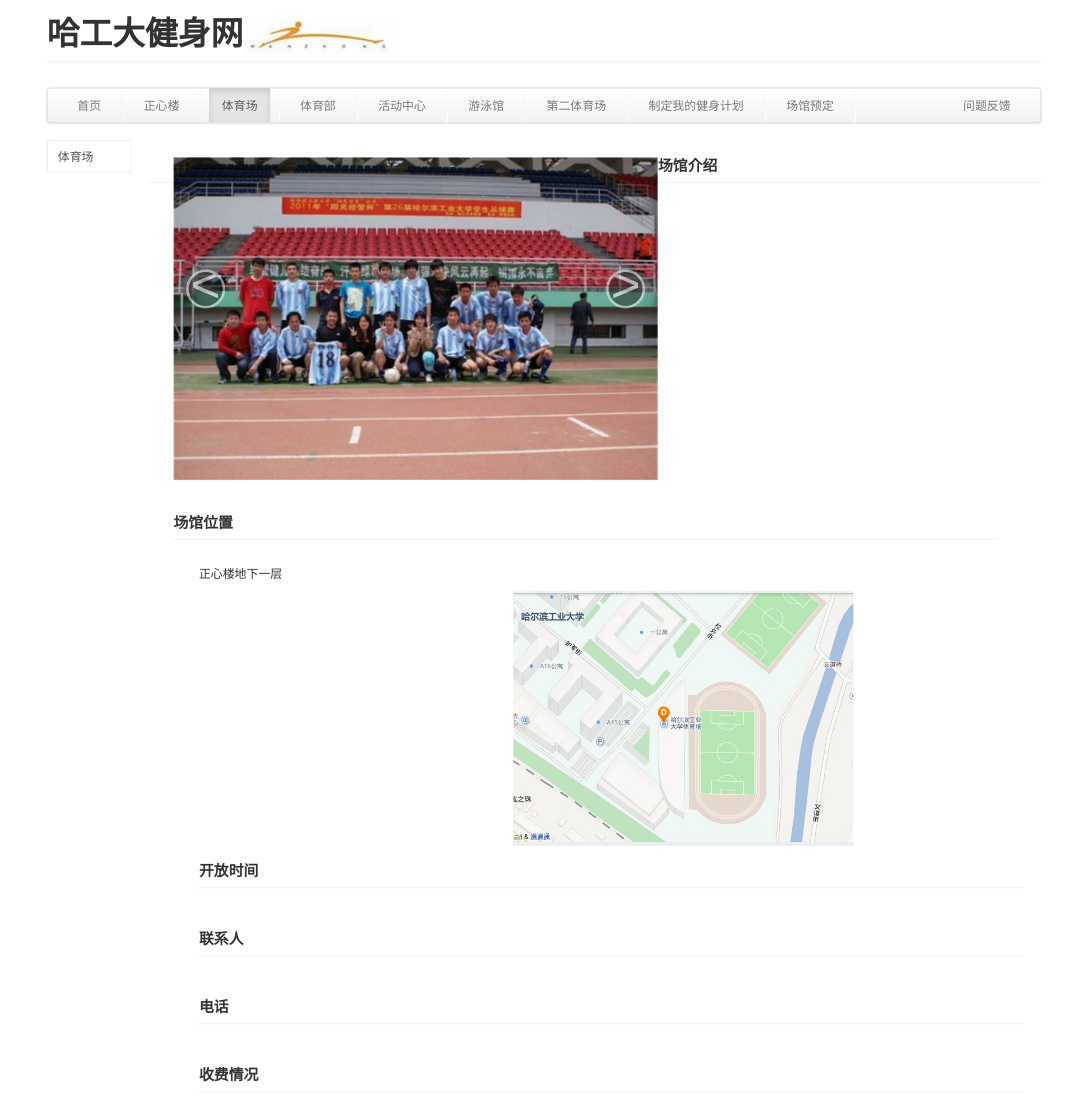
Repository: hitDeveloper/fitness
Page: http://localhost/project/gym.jsp
An editor plug-in stored every save of this project. The page is shown before and after the next save, followed by the edit.
The browser window is 1280 px wide. The pictures show the whole page, at 85% of full size.
The page is served by Tomcat 9. Nobody is signed in. The application's start-up code is not run. Other server files are loaded and not shown.

Above is the page before, as saved 2014-11-04 14:53:07.

### Project/project/WebRoot/gym.jsp
<%@ page language="java" import="java.util.*" pageEncoding="UTF-8"%>
<!DOCTYPE html>
<html>
<head>
<title>首页</title>
	<meta name="viewport" content="width=device-width, initial-scale=1.0"  charset="utf-8">
	<link href="bootstrap.min.css" rel="stylesheet" type="text/css" media="screen">
	<link href="bootstrap-responsive.min.css" rel="stylesheet" type="text/css">
</head>
<body>
<div class="container">
<h1 class="page-header" >哈工大健身网<img src="image/logo.jpg"></h1>
<div class="navbar">
<div class="navbar-inner">
<div class="container">
<ul class="nav">
	<li><a href="main.jsp">首页</a></li>
	<li class="divider-vertical"></li>
	<li><a href="zhengxin.jsp">正心楼</a></li>
	<li class="divider-vertical"></li>
	<li class="active"><a href="gym.jsp">体育场</a></li>
	<li class="divider-vertical"></li>
	<li><a href="tiyubu.jsp">体育部</a></li>
	<li class="divider-vertical"></li>
	<li><a href="center.jsp">活动中心</a></li>
	<li class="divider-vertical"></li>
	<li><a href="swimming.jsp">游泳馆</a></li>
	<li class="divider-vertical"></li>
	<li><a href="gym2.jsp">第二体育场</a></li>
	<li class="divider-vertical"></li>
	<li><a href="myplan.jsp">制定我的健身计划</a></li>
	<li class="divider-vertical"></li>
	<li><a href="myplan.jsp">场馆预定</a></li>
	<li class="divider-vertical"></li>
</ul>
<ul class="nav pull-right">
	<li><a href="problem.jsp">问题反馈</a></li>
</ul>
</div>
</div>
</div>

<div class="tabbable tabs-left">
<ul class="nav nav-tabs">
	<li class="active"><a href="#tiyuchang" data-toggle="tab">体育场</a></li>
</ul>
<div class="tab-content">
<div class="tab-pane active" id="tiyuchang">
<div class="span6">
<div class="carousel slide" id="carousel1">
<div class="carousel-inner">
<div class="item active">
<img src="image/gym/tiyuchang/663649004.jpg" alt="">
</div>
<div class="item">
<img src="image/gym/tiyuchang/20096181162573566.jpg" alt="">
</div>
<div class="item">
<img src="image/gym/tiyuchang/cg(1).jpg" alt="">
</div>
<div class="item">
<img src="image/gym/tiyuchang/20070924092256.jpg" alt="">
</div>
</div>
<a href="#carousel1" data-slide="prev" class="left carousel-control"><</a>
<a href="#carousel1" data-slide="next" class="right carousel-control">></a>
</div>
</div>
<div>
<h4 class="page-header">场馆介绍</h4>
<p></p>
</div>
<div class="span10">
<h4 class="page-header">场馆位置</h4>
<div class="span4">
<p>正心楼地下一层</p>
</div>
<div class="span8">
<img src="image/2.jpg" class="pull-right" width="400">
</div>
<div class="span10">
<h4 class="page-header">开放时间</h4>
<p></p>
</div>
<div class="span10">
<h4 class="page-header">联系人</h4>
<p></p>
</div>
<div class="span10">
<h4 class="page-header">电话</h4>
<p></p>
</div>
<div class="span10">
<h4 class="page-header">收费情况</h4>
<p></p>
</div>
</div>
</div>
</div>


</div>
</div>
		<script src="jquery-1.11.1.min.js"></script>
		<script src="bootstrap.min.js"></script>
</body>
</html>

Loaded but not shown: Project/project/WebRoot/bootstrap.min.css (library); Project/project/WebRoot/bootstrap-responsive.min.css (library); Project/project/WebRoot/jquery-1.11.1.min.js (library); Project/project/WebRoot/bootstrap.min.js (library)

After the next save:
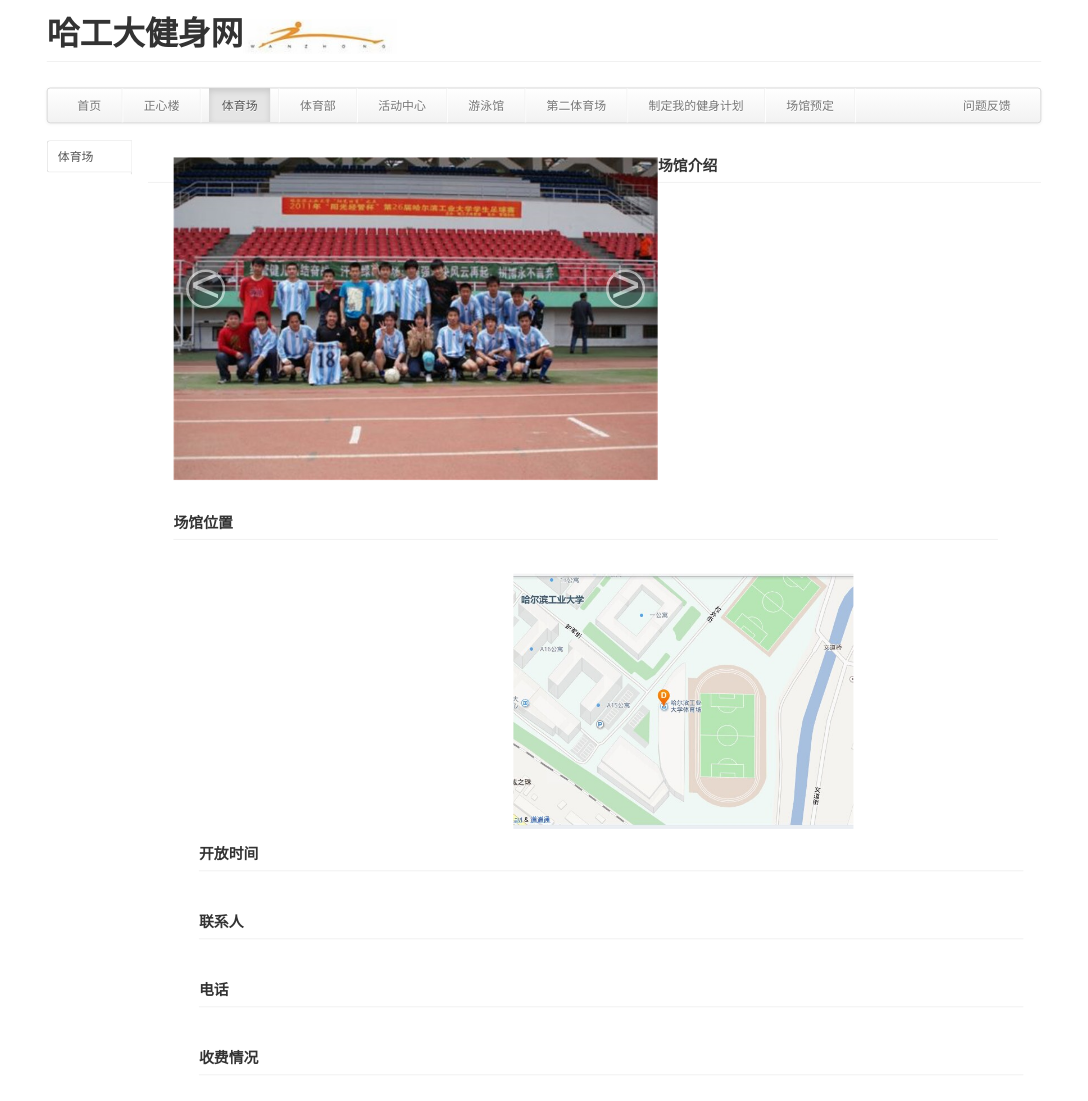
Saved 73 s later.
--- a/Project/project/WebRoot/gym.jsp
+++ b/Project/project/WebRoot/gym.jsp
@@ -73,7 +73,7 @@
 <div class="span10">
 <h4 class="page-header">场馆位置</h4>
 <div class="span4">
-<p>正心楼地下一层</p>
+<p></p>
 </div>
 <div class="span8">
 <img src="image/2.jpg" class="pull-right" width="400">
